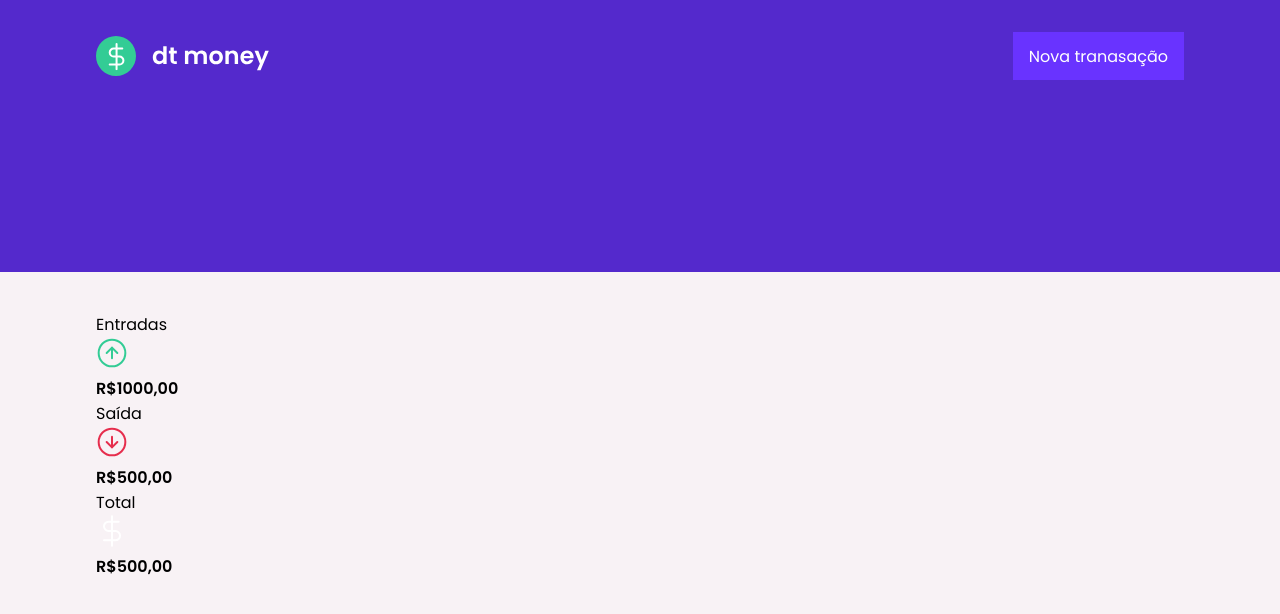
Repository: soualexandre/dtmoney
Page: /
These files come from the project's save history. The page is drawn as it stood at one moment and after the next save; the edit follows.
The browser window is 1280 px wide. The pictures show the whole page.
The project was rebuilt for these pictures with package versions that can differ from the ones it lists, and the page was loaded fresh each time.

Above is the page before, as saved 2021-07-13 10:00:19.

### public/index.html
<!DOCTYPE html>
<html lang="en">
  <head>
    <link rel="preconnect" href="https://fonts.googleapis.com">
    <link rel="preconnect" href="https://fonts.gstatic.com" crossorigin>
    <meta charset="utf-8" />
    <meta name="viewport" content="width=device-width, initial-scale=1" />
    <link href="https://fonts.googleapis.com/css2?family=Poppins:wght@400;600&display=swap" rel="stylesheet">
    <link rel="stylesheet" href="favicon.png" type="image/png">
    <title>DtMoney</title>
  </head>
  <body>
    <noscript>You need to enable JavaScript to run this app.</noscript>
    <div id="root"></div>
  </body>
</html>

### src/App.tsx
import { Dashboard } from './components/Dashboard';
import { Header } from './components/Header';
import {GlobalStyle} from './styles/global'

export function App() {
  return (
    <>
      <Header/>
      <Dashboard/>
      <GlobalStyle/>
    </>
  );
}

### src/components/Dashboard/index.tsx
import { Sumary } from "../Sumary";
import { Container } from "./styles";


export function Dashboard(){
    return(
       <Container>
          <Sumary/>
       </Container>
    );
}

### src/components/Header/index.tsx
import LogoImg from '../../assets/logo.svg'
import {Container, Content} from './styles'

export function Header(){
    return(
        <Container>
            <Content>
            <img src={LogoImg} alt="dtMoney" />
            <button type="button">
                Nova tranasação
            </button>
            </Content>
        </Container>
    );
}

### src/styles/global.ts
import { createGlobalStyle } from 'styled-components'


export const GlobalStyle = createGlobalStyle`

    :root{
        --background: #f8f2f5;

        --red: #e52e40;
        --blue: #5429cc;

        --blue-light: #6933ff;

        --text-title: #363f5f;
        --text-body: #969cb3;

        --shape: #ffffff;

    }

    *{
        margin: 0;
        padding: 0;
        box-sizing: border-box;
    }
    html{
        @media (max-width: 1080px){
            font-size: 93.5%;
        }

    }

    body{
        background: var(--background);
        -webkit-font-smoothing: antialiased;
    }

    body, input, textarea, button{
        font-family: 'Poppins', sans-serif;
        font-weight: 400;
    }

    h1, h2, h3, h4, h5, h6, strong{
        font-weight: 600;
    }

    button{
        cursor: pointer;
    }
    [disable]{
        opacity: 0.6;
        cursor: not-allowed;
    }

`;

### src/components/Sumary/index.tsx
import {Container} from './styles'
import iconImg from '../../assets/income.svg'
import outcomeImg from '../../assets/outcome.svg'
import totalImg from '../../assets/total.svg'
export function Sumary(){
    return(
        <Container>
            <div>
                <header>
                    <p>Entradas</p>
                    <img src={iconImg} alt=" icon" />
                </header>
                <strong>R$1000,00</strong>
            </div>
            <div>
                <header>
                    <p>Saída</p>
                    <img src={outcomeImg} alt="out icon" />
                </header>
                <strong>R$500,00</strong>
            </div>
            <div>
                <header>
                    <p>Total</p>
                    <img src={totalImg} alt="Total icon" />
                </header>
                <strong>R$500,00</strong>
            </div>
        </Container>
    );
}

### src/components/Dashboard/styles.ts
import styled from 'styled-components'

export const Container = styled.header`
    max-width: 1120PX;
    margin:0 auto;
    padding: 2.5rem 1rem;



`;

### src/components/Header/styles.ts
import styled from 'styled-components'

export const Container = styled.header`
    background: var(--blue);

`;
export const Content = styled.header`
    background: var(--blue);
    max-width: 1120px;
    margin: 0 auto;
    padding: 2rem 1rem 12rem;

    display: flex;
    align-items: center;
    justify-content: space-between;
    button{
        font-size: 1rem;
        color: #fff;
        background: var(--blue-light);
        border: 0;
        padding:0.2rem;
        padding-left: 1rem;
        padding-right: 1rem;
        height: 3rem;

        transition: filter 0.2s;
        &:hover{
            filter: brightness(0.9);
        }

    }
`;

### src/components/Sumary/styles.ts
import styled from 'styled-components'


export const Container = styled.div`

`;

Loaded but not shown: src/index.tsx (common file)

After the next save:
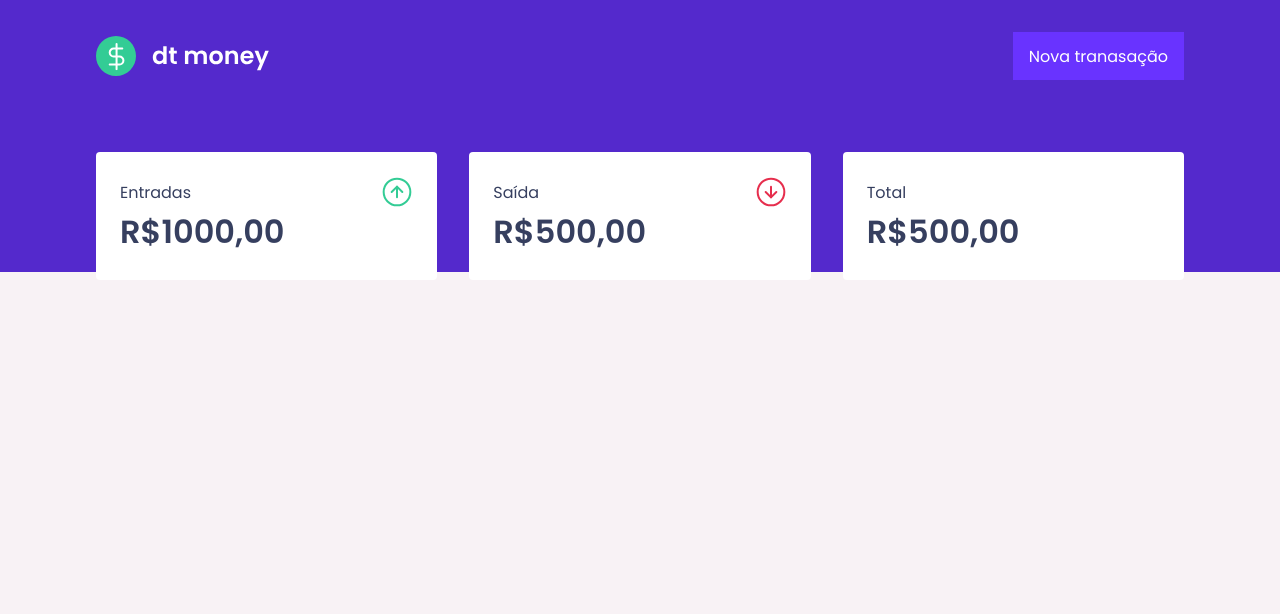
Saved 28 min 23 s later.
--- a/src/components/Sumary/styles.ts
+++ b/src/components/Sumary/styles.ts
@@ -2,5 +2,26 @@
 
 
 export const Container = styled.div`
+    display: grid;
+    grid-template-columns: repeat(3,1fr);
+    gap: 2rem;
+    margin-top: -10rem;
 
+    div{
+        background: var(--shape);
+        padding: 1.5rem;
+        border-radius: 0.25rem;
+        color: var(--text-title);
+
+    }
+    header{
+        display: flex;
+        align-items: center;
+        justify-content: space-between;
+    }
+    strong{
+        margin-top: 1rem;
+        font-size: 2rem;
+        line-height: 3rem;
+    }
 `;
